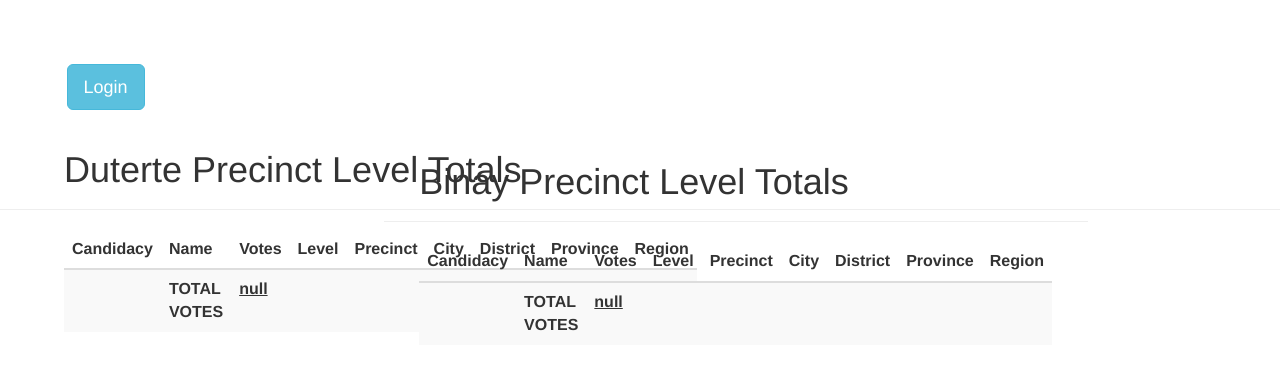
Repository: acbalutan/softdev-cencas-team_apink
Page: http://localhost/AES/
The author's editor kept a copy of each file at every save. The page is drawn from the files as they stood at one save, then again after the next save.
The browser window is 1280 px wide. The pictures show the whole page.
The page is served by Tomcat 9. Other server files are loaded and not shown. Queries for data that is not in the repository find no rows.

Above is the page before, as saved 2016-02-26 11:04:53.
Console error (its wording comes from the project's code and is left out).

### workspace/AES/WebContent/index.jsp
<html>
<head>
	<link rel="stylesheet" href="bootstrap/bootstrap.min.css">
	<script type="text/javascript" src="bootstrap/js/bootstrap.min.js"></script>
</head>
<body>

<form action="login.jsp" style="padding-left: 5.2%;padding-top: 5%;">
    <button type="submit" class="btn btn-lg btn-info">Login</button>
</form>


<%@ page import="java.sql.*" %>
<%@ page import="bean.Provider" %>
<%@ page import="bean.PileBean" %>
<%@ page import="bean.Counter" %>

<%

Class.forName("org.sqlite.JDBC");
Connection conn = DriverManager.getConnection("jdbc:sqlite:D:/Eclipse/db/aes.db");
Statement stat = conn.createStatement();

%>
<div class="page-header" style="padding-left: 5%;">
	<h1>Duterte Precinct Level Totals</h1>
</div>

<div class="col-md-6" style="padding-left: 5%;">
	<table class="table table-striped">
    	<thead>
              <tr>
                <th>Candidacy</th>
                <th>Name</th>
                <th>Votes</th>
                <th>Level</th>
                <th>Precinct</th>
                <th>City</th>
                <th>District</th>
                <th>Province</th>
                <th>Region</th>
              </tr>
		</thead>
		<tbody>
			<%
			ResultSet duterte = stat.executeQuery("SELECT * FROM tapat WHERE name='Rodrigo Duterte';");
			while (duterte.next()) {
			    %>
			    	<tr>
			    		<td><%= duterte.getString("candidacy") %></td>
			    		<td><%= duterte.getString("name") %></td>
			    		<td><%= duterte.getString("vote") %></td>
			    		<td><%= duterte.getString("level") %></td>
			    		<td><%= duterte.getString("precinct") %></td>
			    		<td><%= duterte.getString("city") %></td>
			    		<td><%= duterte.getString("district") %></td>
			    		<td><%= duterte.getString("province") %></td>
			    		<td><%= duterte.getString("region") %></td>
			    	</tr>
			    <%
			}
			duterte.close();

			ResultSet totalduterte = stat.executeQuery("SELECT SUM(vote) as 'TOTALVOTES' FROM tapat WHERE name='Rodrigo Duterte';");
			%>
				<tr>
					<td></td>
					<td><strong>TOTAL VOTES</strong></td>
					<td style="text-decoration: underline;"><strong> <%= totalduterte.getString("TOTALVOTES") %> </strong></td>
					<td></td>
					<td></td>
					<td></td>
					<td></td>
					<td></td>
					<td></td>
				</tr>
			<% totalduterte.close(); %>
    	</tbody>
	</table>
</div>

<div style="position: absolute; top: 17%; left: 30%;">
	<div class="page-header" style="padding-left: 5%;">
		<h1>Binay Precinct Level Totals</h1>
	</div>

	<div class="col-md-6" style="padding-left: 5%;">
		<table class="table table-striped">
	    	<thead>
	              <tr>
	                <th>Candidacy</th>
	                <th>Name</th>
	                <th>Votes</th>
	                <th>Level</th>
	                <th>Precinct</th>
	                <th>City</th>
	                <th>District</th>
	                <th>Province</th>
	                <th>Region</th>
	              </tr>
			</thead>
			<tbody>
				<%
				ResultSet binay = stat.executeQuery("SELECT * FROM tapat WHERE name='Jejomar Binay';");
				while (binay.next()) {
				    %>
				    	<tr>
				    		<td><%= binay.getString("candidacy") %></td>
				    		<td><%= binay.getString("name") %></td>
				    		<td><%= binay.getString("vote") %></td>
				    		<td><%= binay.getString("level") %></td>
				    		<td><%= binay.getString("precinct") %></td>
				    		<td><%= binay.getString("city") %></td>
				    		<td><%= binay.getString("district") %></td>
				    		<td><%= binay.getString("province") %></td>
				    		<td><%= binay.getString("region") %></td>
				    	</tr>
				    <%
				}
				binay.close();

				ResultSet totalbinay = stat.executeQuery("SELECT SUM(vote) as 'TOTALVOTES' FROM tapat WHERE name='Rodrigo Duterte';");
				%>
					<tr>
						<td></td>
						<td><strong>TOTAL VOTES</strong></td>
						<td style="text-decoration: underline;"><strong> <%= totalbinay.getString("TOTALVOTES") %> </strong></td>
						<td></td>
						<td></td>
						<td></td>
						<td></td>
						<td></td>
						<td></td>
					</tr>
				<% totalbinay.close(); %>
	    	</tbody>
		</table>
	</div>
</div>
<%	stat.close();
	conn.close();	%>

</body>
</html>

Loaded but not shown: workspace/AES/WebContent/bootstrap/bootstrap.min.css (library); workspace/AES/WebContent/bootstrap/bootstrap.min.js (library)

After the next save:
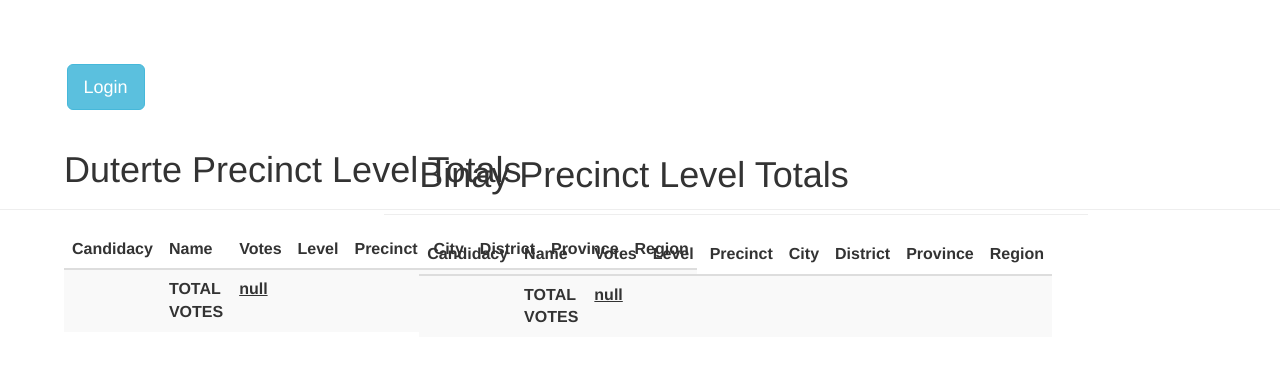
Saved 10 s later.
--- a/workspace/AES/WebContent/index.jsp
+++ b/workspace/AES/WebContent/index.jsp
@@ -79,7 +79,7 @@
 	</table>
 </div>
 
-<div style="position: absolute; top: 17%; left: 30%;">
+<div style="position: absolute; top: 16%; left: 30%;">
 	<div class="page-header" style="padding-left: 5%;">
 		<h1>Binay Precinct Level Totals</h1>
 	</div>
